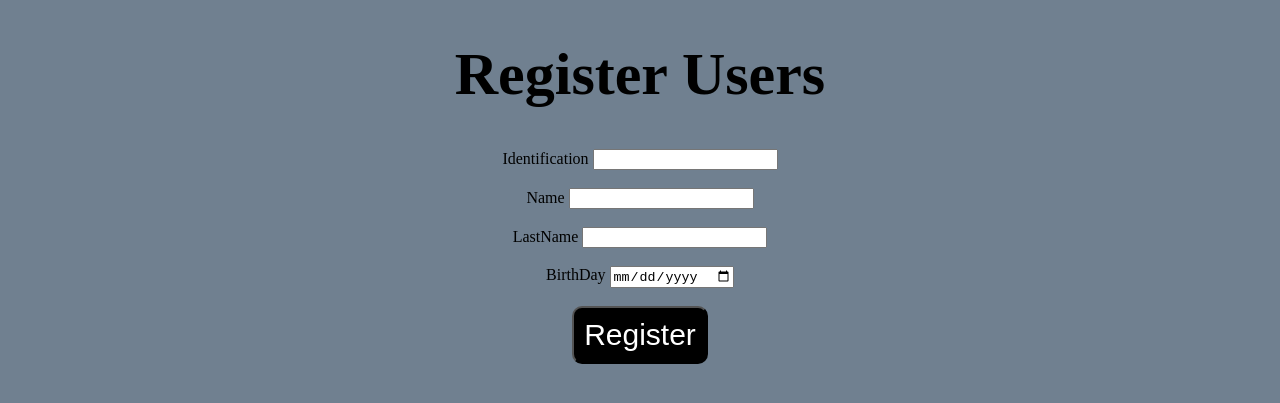
Repository: Andres-Velasco07/app-cym-repo
Page: templates/register.html
The author's editor kept a record of every edit. The page is drawn from the files as they stood at one moment, then again after the next edit.
The browser window is 1280 px wide. The pictures show the whole page.

Above is the page before.

After the next edit:
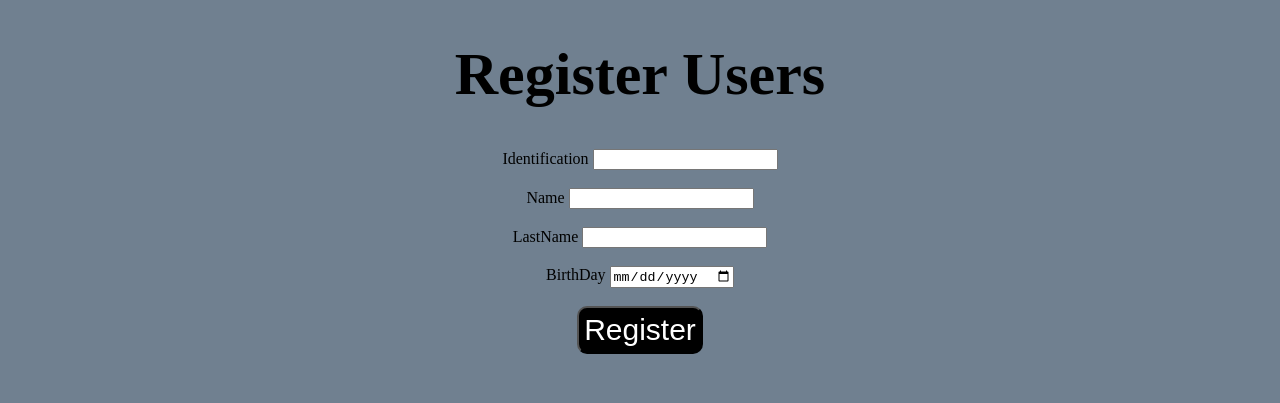
The edit:
--- a/static/css/styleregister.css
+++ b/static/css/styleregister.css
@@ -16,7 +16,7 @@
     background-color: black;
     color: white;
     border-radius: 10px;
-    padding: 10px;
+    padding: 5px;
     margin-right: 2%;
     margin-left: 2%;
 }
